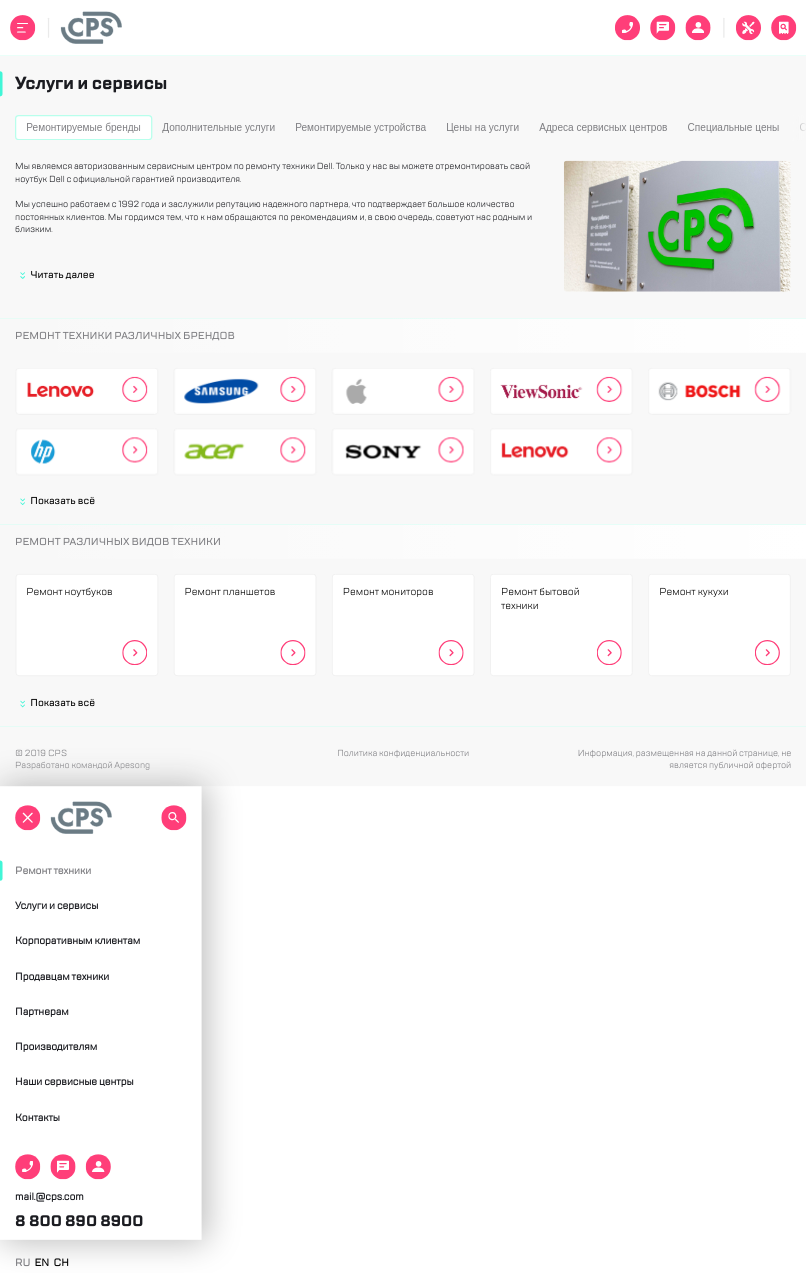
Repository: Dedoxa/WebCoreF
Page: /
The author's editor kept a copy of each file at every save. The page is drawn from the files as they stood at one save, then again after the next save.
The browser window is 1280 px wide. The pictures show the whole page, at 63% of full size.
The project was rebuilt for these pictures with package versions that can differ from the ones it lists, and the page was loaded fresh each time. Also part of the build but not shown: webpack.config.js.

Above is the page before, as saved 2024-06-15 18:01:08.

### src/index.html
<!DOCTYPE html>
<html lang="en">
  <head>
    <meta charset="UTF-8" />
    <meta
      name="viewport"
      content="width=device-width, user-scalable=no, initial-scale=1.0, maximum-scale=1.0, minimum-scale=1.0"
    />
    <meta http-equiv="X-UA-Compatible" content="ie=edge" />
    <title>WebCoreFinal</title>
  </head>
  <body>
    <header class="header">
      <div class="header__left-side">
        <a id="burger" href="#" class="icon header__icon"></a>
        <a id="logo" href="#" class="icon header__icon"></a>
      </div>
      <div class="header__right-side">
        <a id="call" href="#" class="icon header__icon"></a>
        <a id="chat" href="#" class="icon header__icon"></a>
        <a id="profile" href="#" class="icon header__icon"></a>
        <a id="repair" href="#" class="icon header__icon"></a>
        <a id="checkStatus" href="#" class="icon header__icon"></a>
      </div>
    </header>
    <main>
      <section class="presentation">
        <div class="presentation__wrapper">
          <div class="presentation__title">
            <h1 class="presentation__heading">Услуги и сервисы</h1>
            <div class="presentation__right-area">
              <label class="presentation__icon-area">
                <span class="presentation__icon-text">Оставить заявку</span>
                <a id="repair" href="#" class="icon presentation__icon"></a>
              </label>
              <label class="presentation__icon-area">
                <span class="presentation__icon-text">Статус ремонта</span>
                <a id="checkStatus" href="#" class="icon presentation__icon"></a>
              </label>
            </div>
          </div>
          <div class="presentation__buttons">
            <button href="#" class="presentation__button presentation__button--focus">
              Ремонтируемые бренды
            </button>
            <button href="#" class="presentation__button">
              Дополнительные услуги
            </button>
            <button href="#" class="presentation__button">
              Ремонтируемые устройства
            </button>
            <button href="#" class="presentation__button">
              Цены на услуги
            </button>
            <button href="#" class="presentation__button">
              Адреса сервисных центров
            </button>
            <button href="#" class="presentation__button">
              Специальные цены
            </button>
            <button href="#" class="presentation__button">Отзывы</button>
            <div class="presentation__right-fade-effect"></div>
          </div>
          <div class="presentation__container">
            <div class="presentation__description">
              <p class="presentation__text">
                Мы являемся авторизованным сервисным центром по ремонту техники
                Dell. Только у нас вы можете отремонтировать свой ноутбук Dell с
                официальной гарантией производителя. <br /><br />
                Мы успешно работаем с 1992 года и заслужили репутацию надежного
                партнера, что подтверждает большое количество постоянных клиентов.
                Мы гордимся тем, что к нам обращаются по рекомендациям и, в свою
                очередь, советуют нас родным и близким.
              </p>
              <span class="presentation__toggler">Читать далее</span>
            </div>
            <img src="img/CPS-img-tablet.jpg" alt="" class="presentation__image-tablet" />
            <img
              src="img/CPS-img-desktop.jpg"
              alt=""
              class="presentation__image-desktop"
            />
          </div>
        </div>
        <img src="img/CPS-img-phone.jpg" alt="" class="presentation__image-phone" />
      </section>
      <section class="plates">
        <header class="plates__heading">
            <div class="plates__wrapper plates__wrapper-heading">
                <span>Ремонт техники различных брендов</span>
            </div>
        </header>
        <div class="plates__content-area">
            <div class="plates__wrapper">
                <div class="plates__swiper-container">
                    <div class="swiper plates__swiper">
                        <div id="plate-options" class="swiper-wrapper plates__brands-wrapper">
                            <div class="swiper-slide plates__slide">
                                <div class="plates__brand-plate">
                                    <img src="../img/logo-lenovo.png"  width="108" height="32"  class="plates__logo"></img>
                                    <div class="plates__dropdown-wrapper">
                                      <img class="showIcon"></img>
                                    </div>
                                </div>
                            </div>
                            <div class="swiper-slide plates__slide">
                                <div class="plates__brand-plate">
                                    <img src="../img/logo-samsung.png" width="116" height="38.52" class="plates__logo"></img>
                                    <div class="plates__dropdown-wrapper">
                                      <img class="showIcon"></img>
                                    </div>
                                </div>
                            </div>
                            <div class="swiper-slide plates__slide">
                                <div class="plates__brand-plate">
                                    <img src="../img/logo-apple.png" width="44" height="44" class="plates__logo"></img>
                                    <div class="plates__dropdown-wrapper">
                                      <img class="showIcon"></img>
                                    </div>
                                </div>
                            </div>
                            <div class="swiper-slide plates__slide">
                                <div class="plates__brand-plate">
                                    <img src="../img/logo-viewSonic.png" width="128" height="21" class="plates__logo"></img>
                                    <div class="plates__dropdown-wrapper">
                                      <img class="showIcon"></img>
                                    </div>
                                </div>
                            </div>
                            <div class="swiper-slide plates__slide">
                                <div class="plates__brand-plate">
                                    <img src="../img/logo-bosch.png" width="128" height="28.6" class="plates__logo"></img>
                                    <div class="plates__dropdown-wrapper">
                                      <img class="showIcon"></img>
                                    </div>
                                </div>
                            </div>
                            <div class="swiper-slide plates__slide">
                                <div class="plates__brand-plate">
                                    <img src="../img/logo-hp.png" width="52" height="52" class="plates__logo"></img>
                                    <div class="plates__dropdown-wrapper">
                                      <img class="showIcon"></img>
                                    </div>
                                </div>
                            </div>
                            <div class="swiper-slide plates__slide">
                                <div class="plates__brand-plate">
                                    <img src="../img/logo-acer.png" width="94" height="24" class="plates__logo"></img>
                                    <div class="plates__dropdown-wrapper">
                                      <img class="showIcon"></img>
                                    </div>
                                </div>
                            </div>
                            <div class="swiper-slide plates__slide">
                                <div class="plates__brand-plate">
                                    <img src="../img/logo-sony.png" width="128" height="25.6" class="plates__logo"></img>
                                    <div class="plates__dropdown-wrapper">
                                      <img class="showIcon"></img>
                                    </div>
                                </div>
                            </div>
                            <div class="swiper-slide plates__slide">
                                <div class="plates__brand-plate">
                                    <img src="../img/logo-lenovo.png"  width="108" height="32"  class="plates__logo"></img>
                                    <div class="plates__dropdown-wrapper">
                                      <img class="showIcon"></img>
                                    </div>
                                </div>
                            </div>
                        </div>
                        <div class="swiper-pagination"></div>
                    </div>
                </div>
            </div>
            <div class="plates__toggler-area">
                <label class="plates__wrapper plates__wrapper-toggler">
                    <span id="plates-toggler" class="plates__toggler">Показать всё</span>
                </label>
            </div>
        </div>
      </section>
      <section class="plates">
        <header class="plates__heading">
            <div class="plates__wrapper plates__wrapper-heading">
                <span>Ремонт различных видов техники</span>
            </div>
        </header>
        <div class="plates__content-area">
            <div class="plates__wrapper">
                <div class="plates__swiper-container">
                    <div class="swiper plates__swiper">
                        <div id="device-options" class="swiper-wrapper plates__devices-wrapper">
                            <div class="swiper-slide plates__slide">
                                <div class="plates__device-plate">
                                  <span class="plates__logo">Ремонт ноутбуков</span>
                                  <div class="plates__dropdown-wrapper">
                                    <img class="showIcon"></img>
                                  </div>
                                </div>
                            </div>
                            <div class="swiper-slide plates__slide">
                                <div class="plates__device-plate">
                                  <span class="plates__logo">Ремонт планшетов</span>
                                  <div class="plates__dropdown-wrapper">
                                    <img class="showIcon"></img>
                                  </div>
                                </div>
                            </div>
                            <div class="swiper-slide plates__slide">
                                <div class="plates__device-plate">
                                  <span class="plates__logo">Ремонт мониторов</span>
                                  <div class="plates__dropdown-wrapper">
                                    <img class="showIcon"></img>
                                  </div>
                                </div>
                            </div>
                            <div class="swiper-slide plates__slide">
                                <div class="plates__device-plate">
                                  <span class="plates__logo">Ремонт бытовой техники</span>
                                  <div class="plates__dropdown-wrapper">
                                    <img class="showIcon"></img>
                                  </div>
                                </div>
                            </div>
                            <div class="swiper-slide plates__slide">
                                <div class="plates__device-plate">
                                  <span class="plates__logo">Ремонт кукухи</span>
                                  <div class="plates__dropdown-wrapper">
                                    <img class="showIcon"></img>
                                  </div>
                                </div>
                            </div>
                            <div class="swiper-slide plates__slide">
                                <div class="plates__device-plate">
                                  <span class="plates__logo">Ремонт шмемонт</span>
                                  <div class="plates__dropdown-wrapper">
                                    <img class="showIcon"></img>
                                  </div>
                                </div>
                            </div>
                            <div class="swiper-slide plates__slide">
                                <div class="plates__device-plate">
                                  <span class="plates__logo">Ремонт бельмонт</span>
                                  <div class="plates__dropdown-wrapper">
                                    <img class="showIcon"></img>
                                  </div>
                                </div>
                            </div>
                            <div class="swiper-slide plates__slide">
                                <div class="plates__device-plate">
                                  <span class="plates__logo">Ремонт взял тебя на понт</span>
                                  <div class="plates__dropdown-wrapper">
                                    <img class="showIcon"></img>
                                  </div>
                                </div>
                            </div>
                            <div class="swiper-slide plates__slide">
                                <div class="plates__device-plate">
                                  <span class="plates__logo">Ремонт дорог (вечный*)</span>
                                  <div class="plates__dropdown-wrapper">
                                    <img class="showIcon"></img>
                                  </div>
                                </div>
                            </div>
                        </div>
                        <div class="swiper-pagination"></div>
                    </div>
                </div>
            </div>
            <div class="plates__toggler-area">
                <label class="plates__wrapper plates__wrapper-toggler">
                    <span id="devices-toggler" class="plates__toggler">Показать всё</span>
                </label>
            </div>
        </div>
      </section>

      <footer class="footer">
        <div class="footer__wrapper">
            <div>
              <p>© 2019 CPS<br>Разработано командой Apesong</p>
            </div>
            <div>
              <p>Политика конфиденциальности</p>
            </div>
            <div>
              <p>Информация, размещенная на данной странице, не является публичной офертой</p>
            </div>
      </footer>

      <aside class="aside-menu">
        <div class="aside-menu__wrapper">
          <div>
            <div class="aside-menu__header">
              <div class="aside-menu__subwrapper">
                <div class="aside-menu__header-left">
                  <a id="cross" href="#" class="icon aside-menu__icon"></a>
                  <a id="logo" href="#" class="icon aside-menu__icon"></a>
                </div>
                <div class="aside-menu__header-right">
                  <a id="search" href="#" class="icon aside-menu__icon"></a>
                </div>
              </div>
            </div>
            <ul class="aside-menu__links-list">
              <li class="aside-menu__link aside-menu__link--active">
                <a href="#" class=""> Ремонт техники </a>
              </li>
              <li class="aside-menu__link"><a href="#"> Услуги и сервисы </a></li>
              <li class="aside-menu__link"><a href="#"> Корпоративным клиентам </a></li>
              <li class="aside-menu__link"><a href="#"> Продавцам техники </a></li>
              <li class="aside-menu__link"><a href="#"> Партнерам </a></li>
              <li class="aside-menu__link"><a href="#"> Производителям </a></li>
              <li class="aside-menu__link"><a href="#"> Наши сервисные центры </a></li>
              <li class="aside-menu__link"><a href="#"> Контакты </a></li>
            </ul>
          </div>
          <section class="aside-menu__down-section">
            <div class="aside-menu__down-wrapper">
              <div class="aside-menu__down-icons">
                <a id="call" href="#" class="icon aside-menu__icon"></a>
                <a id="chat" href="#" class="icon aside-menu__icon"></a>
                <a id="profile" href="#" class="icon aside-menu__icon"></a>
              </div>
              <div>
                <a href="mailto:mail.@cps.com" class="aside-menu__email"><span>mail.@cps.com</span></a>
                <a href="tel:+88008908900" class="aside-menu__phone-number"><span>8 800 890 8900</span></a>
              </div>
              <div class="aside-menu__language-choice">
                <span class="aside-menu__language-option aside-menu__language-option--active">RU</span>
                <span class="aside-menu__language-option">EN</span>
                <span class="aside-menu__language-option">CH</span>
              </div>
            </div>
          </section>
        </div>
      </aside>
    </main>
  </body>
</html>

### src/scss/style.scss
@import url('./\(id\)icons.scss');
@import url('./\(import\)fonts.scss');
@import url('./\(tag\)html.scss');
@import url('./\(tag\)svg.scss');
@import url('../../node_modules/swiper/swiper-bundle.css');

@import url('./aside-menu.scss');
@import url('./footer.scss');
@import url('./header.scss');
@import url('./icon.scss');
@import url('./jsExpand.scss');
@import url('./plates.scss');
@import url('./presentation.scss');
@import url('./showIcon.scss');
@import url('./swiper-castomization.scss');
@import url('./table.scss');

### src/scss/(id)icons.scss
#burger {
  background-image: url('../img/ic-burger.svg');
}

#logo {
  background-color: transparent;
  border-radius: 0;
  background-image: url('../img/ic-CPSLogo.svg');
}

#call {
  background-image: url('../img/ic-call.svg');
}

#chat {
  background-image: url('../img/ic-chat.svg');
}

#profile {
  background-image: url('../img/ic-profile.svg');
}

#repair {
  background-image: url('../img/ic-repair.svg');
}

#checkStatus {
  background-image: url('../img/ic-checkstatus.svg');
}

#cross {
  background-image: url('../img/ic-cross.svg');
}

#search {
  background-image: url('../img/ic-search.svg');
}

### src/scss/(tag)html.scss
html {
  box-sizing: border-box;
  font-family: 'TT Lakes Regular', Times, serif;

  * {
    box-sizing: inherit;
    margin: 0;
    padding: 0;

    &:before,
    &:after {
      box-sizing: inherit;
      margin: 0;
      padding: 0;
    }
  }
}

### src/scss/(tag)svg.scss
svg {
  position: absolute;
  top: 50%;
  left: 50%;
  transform: translate(-50%, -50%);
}

### src/scss/footer.scss
.footer {
  background-color: #f8f8f8;
  color: #7e7e82;
  font-size: 14px;

  &::before {
    content: '';
    display: block;
    height: 1px;
    background-color: #d9fff5;
  }

  .footer__wrapper {
    padding: 16px;
    width: 100%;
    display: flex;
    justify-content: space-between;
    flex-direction: column;
    gap: 16px;

    @media (min-width: 768px) {
      flex-direction: row;
      padding-top: 32px;
      padding-bottom: 24px;
      padding-right: 24px;
      padding-left: 24px;
    }

    @media (min-width: 1440px) {
      padding-top: 32px;
      padding-bottom: 20px;
      padding-right: 32px;
      padding-left: 32px;
    }
  }

  div {
    text-align: center;

    @media (min-width: 768px) {
      width: 33%;

      &:first-child {
        text-align: left;
      }

      &:nth-child(2) {
        text-align: center;
      }

      &:last-child {
        text-align: right;
      }
    }
  }
}

### src/scss/icon.scss
.icon {
  flex: 0 0 auto;
  position: relative;
  width: 40px;
  height: 40px;
  background-color: #ff3e79;
  background-repeat: no-repeat;
  background-position: center;
  border-radius: 50%;
  transition: opacity linear 0.2s;
  opacity: 100%;

  &:hover {
    transition: opacity linear 0.2s;
    opacity: 50%;
  }
}

### src/scss/jsExpand.scss
.jsExpand {
  height: max-content !important;
}

### src/scss/showIcon.scss
.showIcon {
  content: url('../img/ic-dropdown.svg');
  width: 40px;
  height: 40px;
}

### src/scss/swiper-castomization.scss
.swiper-pagination {
  .swiper-pagination-bullet {
    width: 12px;
    height: 12px;
    background-color: #dddddd;
  }

  .swiper-pagination-bullet-active {
    background-color: #b5b6bc;
  }
}

Loaded but not shown: src/js/js.js (51 lines, source omitted); src/js/index.js (4 lines, source omitted); src/scss/presentation.scss (262 lines, source omitted); src/scss/table.scss (203 lines, source omitted); src/scss/plates.scss (200 lines, source omitted); src/scss/aside-menu.scss (163 lines, source omitted); src/scss/header.scss (87 lines, source omitted); src/scss/(import)fonts.scss (29 lines, source omitted)

After the next save:
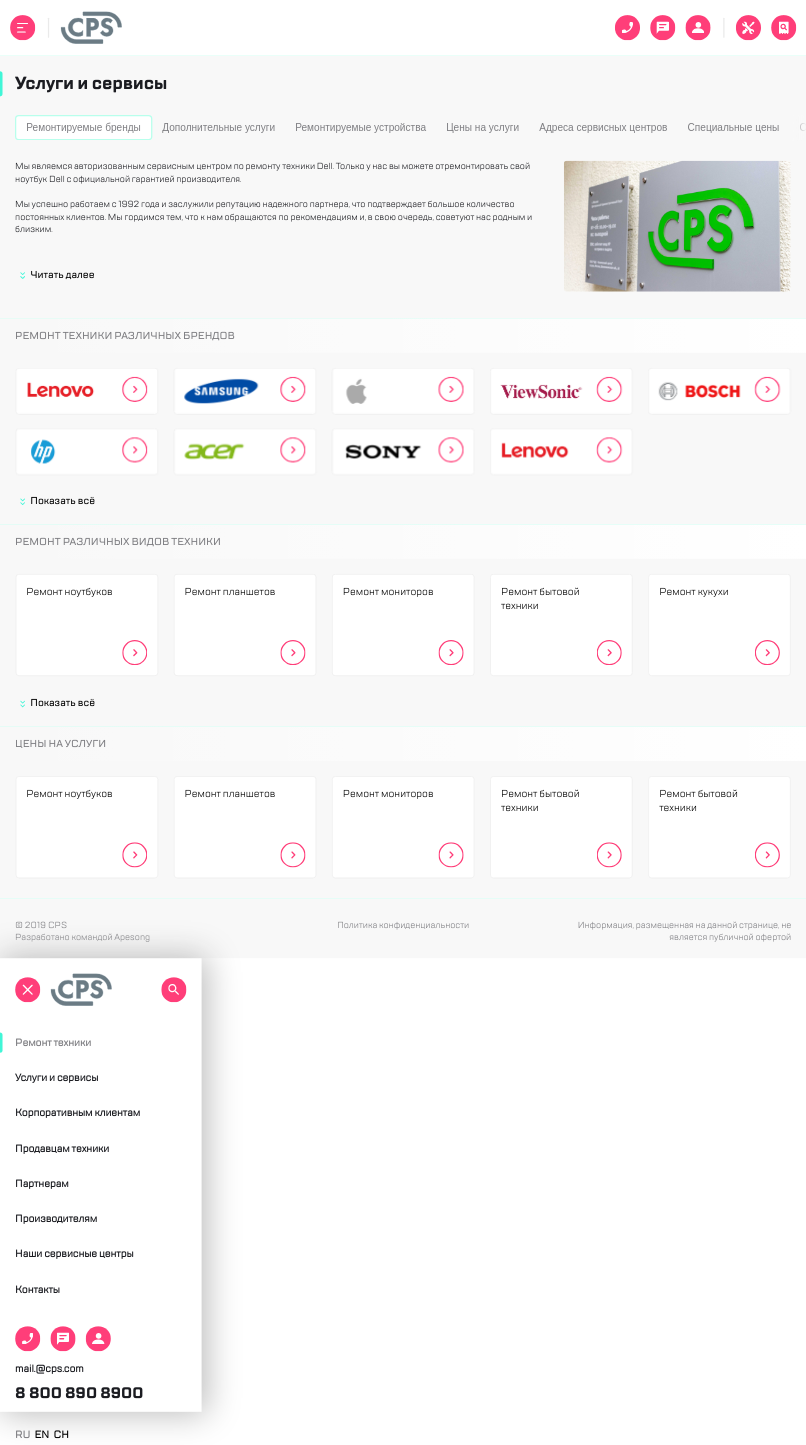
Saved 3 s later.
--- a/src/index.html
+++ b/src/index.html
@@ -274,7 +274,67 @@
             </div>
         </div>
       </section>
-
+      <section class="plates">
+        <header class="plates__heading">
+          <div class="plates__wrapper plates__wrapper-heading">
+            <span>Цены на услуги</span>
+          </div>
+        </header>
+        <div class="plates__content-area">
+          <div class="plates__wrapper">
+            <div class="plates__swiper-container">
+              <div class="swiper plates__swiper">
+                <div
+                  id="device-options"
+                  class="swiper-wrapper plates__devices-wrapper"
+                >
+                  <div class="swiper-slide plates__slide">
+                    <div class="plates__device-plate">
+                      <span class="plates__logo">Ремонт ноутбуков</span>
+                      <div class="plates__dropdown-wrapper">
+                        <img class="showIcon"/>
+                      </div>
+                    </div>
+                  </div>
+                  <div class="swiper-slide plates__slide">
+                    <div class="plates__device-plate">
+                      <span class="plates__logo">Ремонт планшетов</span>
+                      <div class="plates__dropdown-wrapper">
+                        <img class="showIcon"/>
+                      </div>
+                    </div>
+                  </div>
+                  <div class="swiper-slide plates__slide">
+                    <div class="plates__device-plate">
+                      <span class="plates__logo">Ремонт мониторов</span>
+                      <div class="plates__dropdown-wrapper">
+                        <img class="showIcon"/>
+                      </div>
+                    </div>
+                  </div>
+                  <div class="swiper-slide plates__slide">
+                    <div class="plates__device-plate">
+                      <span class="plates__logo">Ремонт бытовой техники</span>
+                      <div class="plates__dropdown-wrapper">
+                        <img class="showIcon"/>
+                      </div>
+                    </div>
+                  </div>
+                  <div class="swiper-slide plates__slide">
+                    <div class="plates__device-plate">
+                      <span class="plates__logo">Ремонт бытовой техники</span>
+                      <div class="plates__dropdown-wrapper">
+                        <img class="showIcon"/>
+                      </div>
+                    </div>
+                  </div>
+                </div>
+                <div class="swiper-pagination"></div>
+              </div>
+            </div>
+          </div>
+        </div>
+      </section>
       <footer class="footer">
         <div class="footer__wrapper">
             <div>
